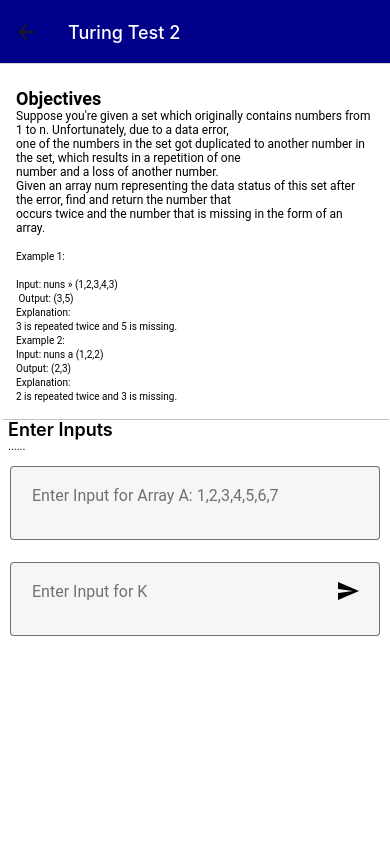
Repository: seyicoded/rn-crazy-algorithm-app
Screen: /TuringTest2
The author's editor kept a copy of each file at every save. The screen is drawn from the files as they stood at one save, then again after the next save.
The app was drawn by React Native's web renderer in a window 390 px wide. The project was rebuilt for these pictures with package versions that can differ from the ones it lists, and the page was loaded fresh each time. Also part of the build but not shown: src/screens/sort.js, src/screens/filter.js, src/screens/advance.js, src/screens/sorts/Sort_simple_number.js, src/screens/sorts/Sort_alphabet.js, src/screens/filters/Filter_simple_number.js, src/screens/advance/Advance_number.js, src/screens/advance/Multiplier_number.js and 1 more.

Above is the screen before, as saved 2022-04-02 01:50:17.

After the next save:
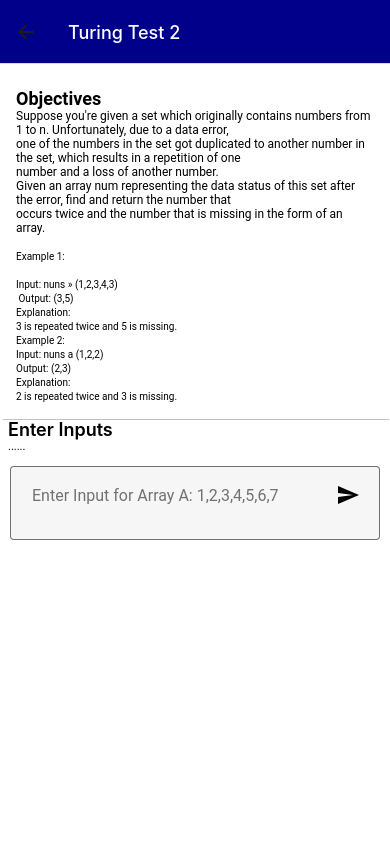
Saved 33 s later.
--- a/src/screens/advance/TuringTest2.js
+++ b/src/screens/advance/TuringTest2.js
@@ -15,25 +15,7 @@ export default function TuringTest2() {
 
     const calculate = async() => {
         try{
-            // extract array
-            var returns = '-1';
-            const array = arrayVal.toString().split(',');
-            for(var i = 0 ; i < array.length ; i++ ){
 
-                for(var j = i ; j > 0 ; j--){
-                    if( (parseFloat(array[j]) + parseFloat(array[j - 1])) < unsortedVal ){
-                        var present = (parseFloat(array[j]) + parseFloat(array[j - 1]));
-                        if(parseFloat(present) > parseFloat(returns)){
-                            returns = present;
-                        }
-                        // setsortedVal( returns.toString() )
-                        // return ;
-                    }
-                }
-            }
-
-            setsortedVal(returns)
-            return ;
         }catch(e){
             console.log(e)
             Alert.alert('An error occurred')
@@ -73,16 +55,6 @@ occurs twice and the number that is missing in the form of an array.`}
 
             <TextInput
                 label='Enter Input for Array A: 1,2,3,4,5,6,7'
-                mode='outlined'
-                style={styles.input}
-                value={arrayVal}
-                multiline={true}
-                keyboardType='numbers-and-punctuation'
-                onChangeText={text => setarrayVal(text)}
-            />
-
-            <TextInput
-                label='Enter Input for K'
                 mode='outlined'
                 style={styles.input}
                 value={unsortedVal}
